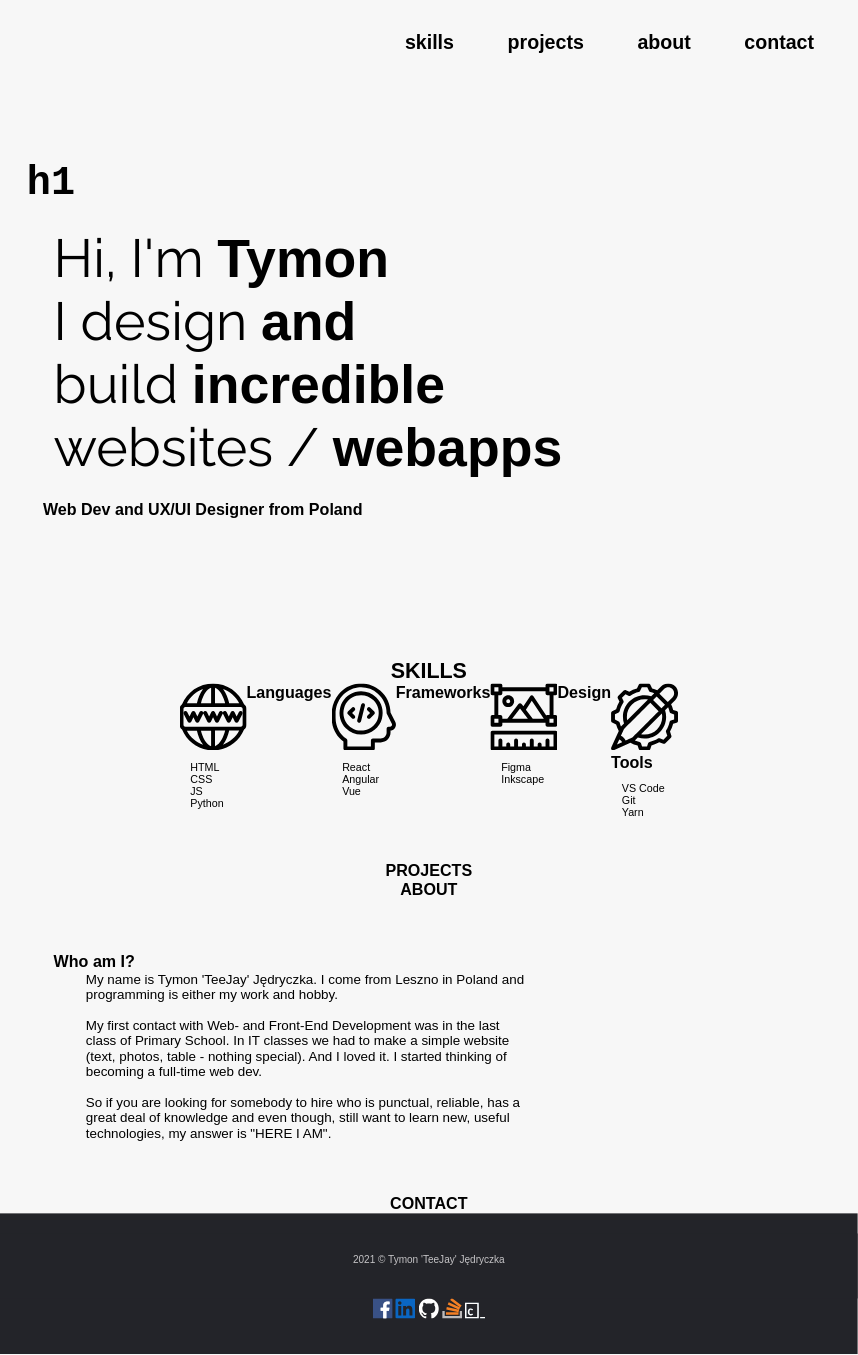
Repository: TeeJaysDev/Portfolio
Page: index.html
These files come from the project's save history. The page is drawn as it stood at one moment and after the next save; the edit follows.
The browser window is 1280 px wide. The pictures show the whole page, at 67% of full size.

Above is the page before, as saved 2021-04-23 22:18:41.

After the next save:
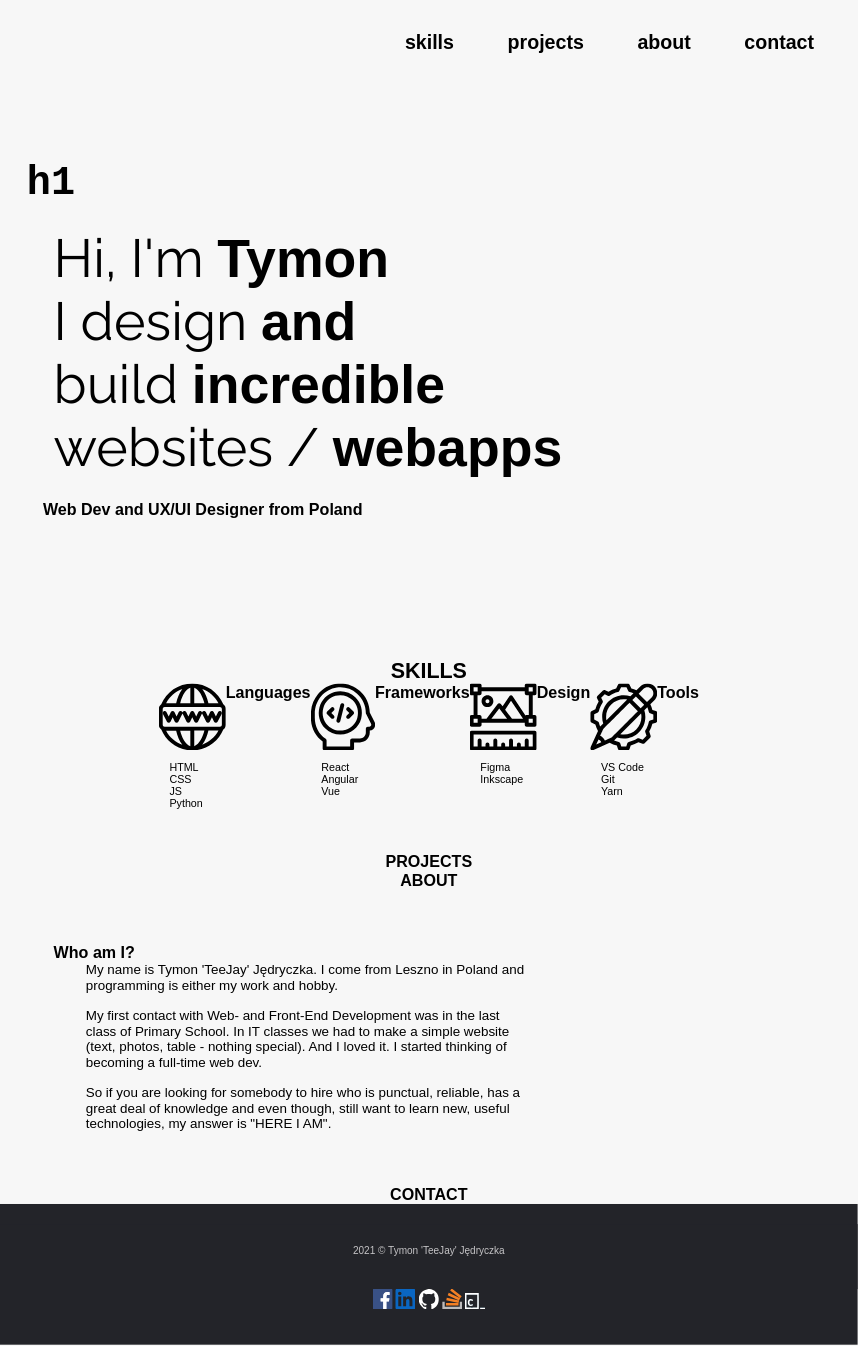
Saved 23 s later.
--- a/index.html
+++ b/index.html
@@ -79,7 +79,7 @@
         </div>
         <div class="tools">
             <div class="box">
-                <div class="image+h2">
+                <div class="imageh2">
                     <img src="Images/svg/tools.svg">
                     <h2>Tools</h2>
                 </div>
